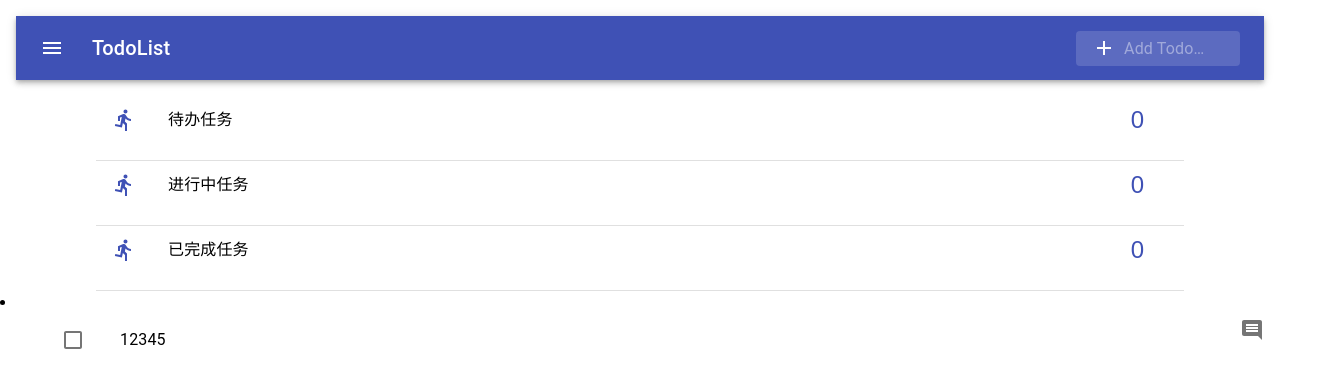
Repository: harperl71/TodoList
Page: /
An editor plug-in stored every save of this project. The page is shown before and after the next save, followed by the edit.
The browser window is 1280 px wide. The page is 1328 px wide, so the pictures cover 1328 px, including what lies to the right of the window. The pictures show the whole page.
The project was rebuilt for these pictures with package versions that can differ from the ones it lists, and the page was loaded fresh each time.

Above is the page before, as saved 2021-05-21 09:52:18.

### src/App.tsx
import React from "react";
import Header from "./components/header";
import Content from "./components/content";
import Footer from "./components/footer";
import Myprovider from "./context";
import TaskItem from "./components/content/task-item";

function App() {
  return (
    <div className="APP">
      <Myprovider>
        <Header />
        <Content />
        <Footer />
        <TaskItem />
      </Myprovider>
    </div>
  );
}

export default App;

### src/components/header/index.tsx
import React, { useContext } from "react";
import { MyContext } from "../../context";
import AppBar from "@material-ui/core/AppBar";
import Toolbar from "@material-ui/core/Toolbar";
import IconButton from "@material-ui/core/IconButton";
import Typography from "@material-ui/core/Typography";
import InputBase from "@material-ui/core/InputBase";
import { makeStyles, fade } from "@material-ui/core/styles";
import MenuIcon from "@material-ui/icons/Menu";
import AddIcon from "@material-ui/icons/Add";

const useStyles = makeStyles((theme) => ({
  header: {
    margin: theme.spacing(2),
    justifyContent: "space-between",
  },
  listButton: {
    marginRight: theme.spacing(2),
  },
  title: {
    flexGrow: 1,
    display: "none",
    [theme.breakpoints.up("sm")]: {
      display: "block",
    },
  },
  search: {
    position: "relative",
    borderRadius: theme.shape.borderRadius,
    backgroundColor: fade(theme.palette.common.white, 0.15),
    "&:hover": {
      backgroundColor: fade(theme.palette.common.white, 0.25),
    },
    marginLeft: 0,
    width: "100%",
    [theme.breakpoints.up("sm")]: {
      marginLeft: theme.spacing(1),
      width: "auto",
    },
  },
  addIcon: {
    padding: theme.spacing(0, 2),
    height: "100%",
    position: "absolute",
    pointerEvents: "none",
    display: "flex",
    alignItems: "center",
    justifyContent: "center",
  },
  inputRoot: {
    color: "inherit",
  },
  inputInput: {
    padding: theme.spacing(1, 1, 1, 0),
    // vertical padding + font size from searchIcon
    paddingLeft: `calc(1em + ${theme.spacing(4)}px)`,
    transition: theme.transitions.create("width"),
    width: "100%",
    [theme.breakpoints.up("sm")]: {
      width: "12ch",
      "&:focus": {
        width: "20ch",
      },
    },
  },
}));

export default function SearchAppBar() {
  const classes = useStyles();
  const { Add } = useContext(MyContext);

  const enterPress = (evt: React.SyntheticEvent) => {
    if (
      (evt as KeyboardEventInit).code === "Enter" &&
      (evt.target as HTMLInputElement).value !== ""
    ) {
      Add((evt.target as HTMLInputElement).value);
      (evt.target as HTMLInputElement).value = "";
    }
  };

  return (
    <div className={classes.header}>
      <AppBar position="static">
        <Toolbar>
          <IconButton
            edge="start"
            className={classes.listButton}
            color="inherit"
            aria-label="open drawer"
          >
            <MenuIcon />
          </IconButton>
          <Typography className={classes.title} variant="h6" noWrap>
            TodoList
          </Typography>
          <div className={classes.search}>
            <div className={classes.addIcon}>
              <AddIcon />
            </div>
            <InputBase
              placeholder="Add Todo…"
              required
              classes={{
                root: classes.inputRoot,
                input: classes.inputInput,
              }}
              onKeyPress={enterPress}
            />
          </div>
        </Toolbar>
      </AppBar>
    </div>
  );
}

### src/components/content/index.tsx
import React, { Fragment } from "react";
import TaskList from "./task-list";
import { makeStyles } from "@material-ui/core";

const useStyles = makeStyles((theme) => ({
  content: {
    margin: theme.spacing(0, 6),
    justifyContent: "center",
  },
}));

const Content = () => {
  const classes = useStyles();
  return (
    <div className={classes.content}>
      <Fragment>
        <TaskList title="待办任务" status="todo" />
        <TaskList title="进行中任务" status="doing" />
        <TaskList title="已完成任务" status="done" />
      </Fragment>
    </div>
  );
};

export default Content;

### src/components/footer/index.tsx
import React from "react";

const Footer = () => {
  return <div className="footer"></div>;
};

export default Footer;

### src/context/index.tsx
import React, { createContext, useState } from "react";

export interface TodoProps {
  id: number;
  text: string;
  status: string;
}

export interface ContextProps {
  todoList: TodoProps[];
  Add: (item: string) => void;
  Delete: (id: number) => void;
  Remove: (index: number, status: string) => void;
  Clear: () => void;
}

export const MyContext = createContext({} as ContextProps);

const Myprovider = (props: React.PropsWithChildren<{}>) => {
  const [todoList, setList] = useState<TodoProps[]>([]);

  const Add = (item: string) => {
    const listItem = {
      id: new Date().getTime(),
      text: item,
      status: "todo",
    };
    setList([...todoList, listItem]);
  };
  //console.log(...todoList);

  const Delete = (id: number) => {
    setList(todoList.filter((item) => item.id !== id));
  };

  const Remove = (index: number, status: string) => {
    if (status === "todo") {
      const listItem = Object.assign({}, todoList[index], {
        status: "doing",
      });
      const list = todoList.splice(index, 1);
      setList([...list, listItem]);
    }
    if (status === "doing") {
      const listItem = Object.assign({}, todoList[index], {
        status: "done",
      });
      const list = todoList.splice(index, 1);
      setList([...list, listItem]);
    }
  };

  const Clear = () => setList([]);

  return (
    <MyContext.Provider value={{ todoList, Add, Delete, Remove, Clear }}>
      {props.children}
    </MyContext.Provider>
  );
};

export default Myprovider;

### src/components/content/task-item/index.tsx
import React, { useContext } from "react";
import { MyContext } from "../../../context";
import {
  makeStyles,
  ListItem,
  ListItemIcon,
  ListItemSecondaryAction,
  ListItemText,
  Checkbox,
  IconButton,
} from "@material-ui/core";
import CommentIcon from "@material-ui/icons/Comment";

const useStyles = makeStyles((theme) => ({
  itemRoot: {
    margin: theme.spacing(0, 6),
    justifyContent: "space-between",
    backgroundColor: theme.palette.background.paper,
  },
}));

const TaskItem = () => {
  const classes = useStyles();

  const context = useContext(MyContext);

  return (
    <ListItem className={classes.itemRoot}>
      <ListItemIcon>
        <Checkbox
          edge="start"
          //checked={}
          tabIndex={-1}
          disableRipple
        />
      </ListItemIcon>
      <ListItemText primary={12345} />
      <ListItemSecondaryAction>
        <IconButton edge="end" aria-label="comments">
          <CommentIcon />
        </IconButton>
      </ListItemSecondaryAction>
    </ListItem>
  );
};

export default TaskItem;

### src/components/content/task-list/index.tsx
import React, { useContext } from "react";
import TaskItem from "../task-item";
import { MyContext } from "../../../context";
import {
  makeStyles,
  List,
  ListItem,
  ListItemIcon,
  ListItemText,
  Divider,
  IconButton,
} from "@material-ui/core";
import DirectionsRunIcon from "@material-ui/icons/DirectionsRun";

const useStyles = makeStyles((theme) => ({
  list: {
    margin: theme.spacing(0, 6),
    justifyContent: "space-between",
    padding: 0,
  },
  listTitle: {
    justifyContent: "center",
  },
  listnum: {
    marginRight: theme.spacing(3),
    padding: 0,
    color: "secondary",
  },
}));

interface Iprops {
  title: string;
  status: string;
}

const TaskList = ({ title, status }: Iprops) => {
  const classes = useStyles();

  const { todoList } = useContext(MyContext);
  //console.log(todoList);

  return (
    <List
      className={classes.list}
      component="nav"
      aria-label="main mailbox folders"
    >
      <ListItem className="ListHeader" button>
        <ListItemIcon>
          <DirectionsRunIcon color="primary" />
        </ListItemIcon>
        <ListItemText primary={title} />
        <IconButton
          className={classes.listnum}
          color="primary"
          aria-label="list-num"
        >
          {
            todoList.filter((item) => {
              return item.status === status;
            }).length
          }
        </IconButton>
      </ListItem>
      <List className={title}>
        {todoList
          .filter((item) => {
            return item.status === status;
          })
          .map((item) => {
            return <TaskItem />;
          })}
      </List>
      <Divider />
    </List>
  );
};

export default TaskList;

Loaded but not shown: public/index.html (common file); src/index.tsx (common file); src/index.css (common file); src/reportWebVitals.ts (common file)

After the next save:
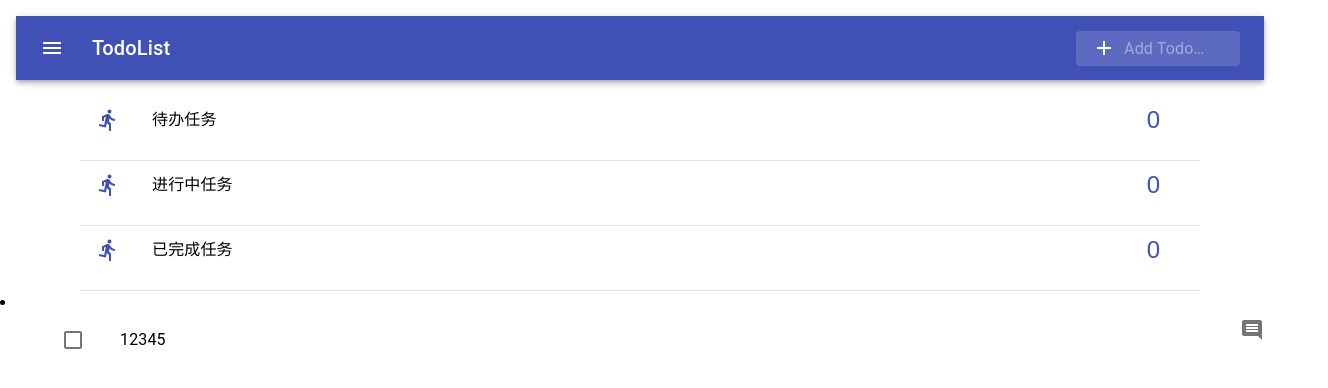
Saved 31 s later.
--- a/src/components/content/task-list/index.tsx
+++ b/src/components/content/task-list/index.tsx
@@ -14,7 +14,7 @@ import DirectionsRunIcon from "@material-ui/icons/DirectionsRun";
 
 const useStyles = makeStyles((theme) => ({
   list: {
-    margin: theme.spacing(0, 6),
+    margin: theme.spacing(0, 4),
     justifyContent: "space-between",
     padding: 0,
   },
